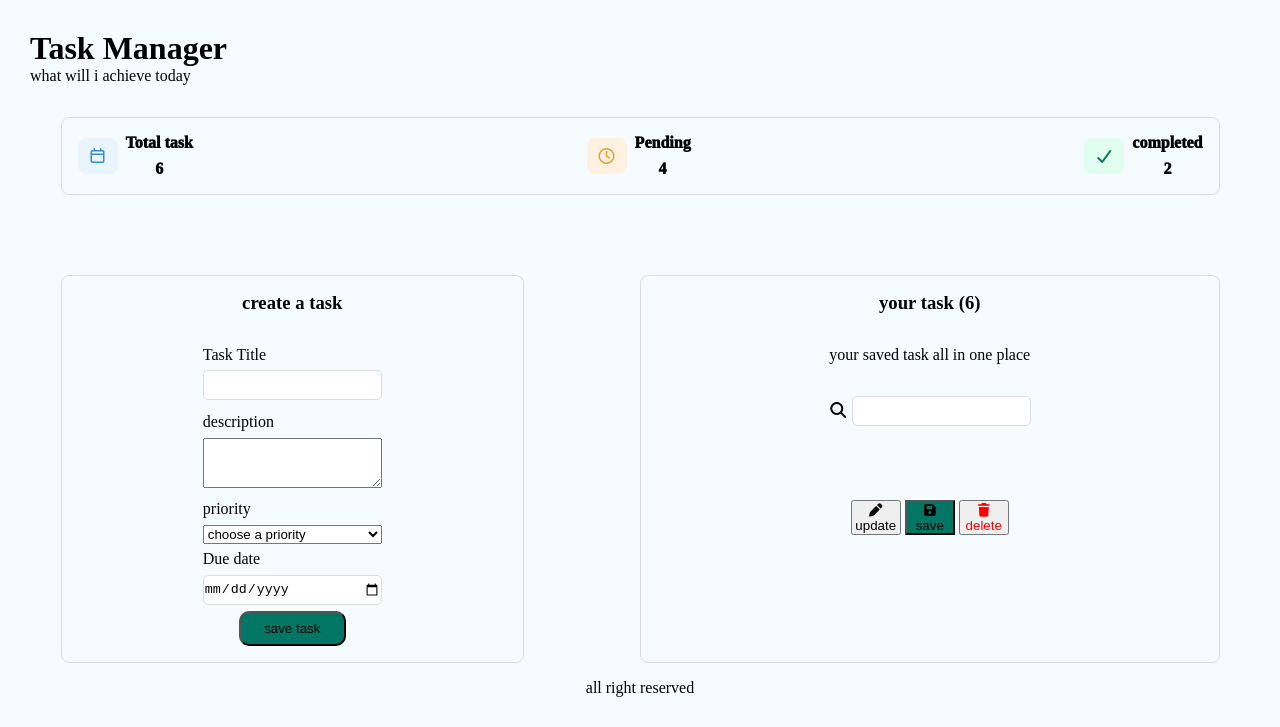
Repository: XDENTERTAINMENT/task-manager-groupwork
Page: index.html
An editor plug-in stored every save of this project. The page is shown before and after the next save, followed by the edit.
The browser window is 1280 px wide. The pictures show the whole page.

Above is the page before, as saved 2026-10-30 21:21:26.

### index.html
<!doctype html>
<html lang="en">
  <head>
    <meta charset="UTF-8" />
    <meta name="viewport" content="width=device-width, initial-scale=1.0" />
    <title>Personal-Task-Manager</title>
    <link
      rel="stylesheet"
      href="https://cdnjs.cloudflare.com/ajax/libs/font-awesome/7.3.1/css/all.min.css"
      integrity="sha512-QeR2VH+lsBE5LSAe1Q5EnTBbe7XTBubt8dG93Y7gidSgdMCr8nVqKcfKAMyN96SV8KDbZVTDXChatu5G2KQGzg=="
      crossorigin="anonymous"
      referrerpolicy="no-referrer"
    />
    <link rel="stylesheet" href="style.css" />
  </head>
 <body>
    <header>
      <h1>Task Manager</h1>
      <p>what will i achieve today</p>
    </header>
    <!-- the main -->
    <main>
      <section class="section1">
        <div>
          <div class="icon1"><i class="fa-regular fa-calendar"></i></div>
          <div class="section-1-child">
            <p>Total task</p>
            <p id="total-task">6</p>
          </div>
        </div>

        <div>
          <div class="icon2"><i class="fa-regular fa-clock"></i></div>
          <div class="section-1-child">
            <p>Pending</p>
            <p id="pending-task">4</p>
          </div>
        </div>

        <div>
          <div class="icon3"><i class="fa-solid fa-check"></i></div>
          <div class="section-1-child">
            <p>completed</p>
            <p id="completed-task">2</p>
          </div>
        </div>
      </section>

      <!-- section 2 -->
      <section class="section2">
        <!-- the create task section -->
        <div class="create-tax">
          <h3>create a task</h3>

          <form id="taskform">
            <label for="tasktitle">
              Task Title
            </label>
            <input type="text" id="taskTitle" />
            <p  class="errormsg" id="titleError"></p>

            <label for="taskdesc">
              description
            </label>
            <textarea class="textarea" id="taskDesc"></textarea>
            <p  class="errormsg"  id="descError"></p>

            <label for="priority">
              priority
            </label>
            <select id="choose">
                <option value="">choose a priority</option>
                <option value="High">High</option>
                <option value="Medium">Medium</option>
                <option value="low">low</option>
              </select>

            <label for="date">
              Due date
            </label>
            <input id="dateId" type="date"/>

            <button    type="submit"   class="form-button" >save task</button>
          </form>
        </div>

        <!-- task mapping -->

        <div class="task-mapping">
          <h3>your task (6)</h3>
          <p>your saved task all in one place</p>
          <div>
            <i class="fa-solid fa-magnifying-glass"></i>
            <input type="search" />
          </div>

          <!-- the card -->
          <div class="card">
            <!-- <input type="checkbox" /> -->
            <div id="container"  class="containers"></div>

          </div>
          <!-- the inline editing -->
          <div class="inline-button">
            <button>
              <div><i class="fa-solid fa-pen"></i></div>
              update
            </button>
            <button class="save">
              <div><i class="fa-solid fa-floppy-disk"></i></div>
              save
            </button>
            <button class="delete">
              <div class="trash"><i class="fa-solid fa-trash"></i></div>
              delete
            </button>
          </div>
        </div>
      </section>
    </main>

    <!-- the footer -->
    <footer>all right reserved</footer>

    <script src="script.js"></script>
  </body>
</html>

### style.css
* {
  margin: 0;
  padding: 0;
  box-sizing: border-box;
}

body {
  background-color: #f6fbfe;
  padding: 30px;
}

section {
  width: 95%;
}

main {
  display: flex;
  flex-direction: column;
  align-items: center;
}

.section1 {
  display: flex;
  flex-direction: row;
  justify-content: space-between;
  margin-top: 2rem;
   border: 1px solid gainsboro;
  padding: 1rem;
  border-radius: 8px;
}

.section2 {
  display: flex;
  justify-content: space-between;
  margin-top: 5rem;
}
/* .section2 div{
 background-color:#fdfdfd;
} */

input {
  border-radius: 5px;
  height: 30px;
   border: 1px solid gainsboro;
}

.textarea{
    height: 50px;
   overflow-y: auto;
  white-space: pre-wrap;
}
form {
  display: grid;
  gap: 0.4rem;
}

.form-button {
  display: flex;
  flex-direction: column;
  background-color: #017664;
  border-radius: 10px;
  width: 60%;
  justify-content: center;
  height: 35px;
  align-items: center;
  justify-self: center;
}

.save {
  background-color: #017664;
}

.inline-button {
  padding: 10px;
}
.inline-button button {
  height: 35px;
  width: 50px;
}


.task-container {
  display: grid;
}

.task-mapping {
  align-items: center;
  display: flex;
  flex-direction: column;
  gap: 2rem;
  border: 1px solid gainsboro;
  padding: 1rem;
  border-radius: 8px;
  width: 50%;
}

.create-tax {
  align-items: center;
  display: flex;
  flex-direction: column;
  gap: 2rem;
  border: 1px solid gainsboro;
  padding: 1rem;
  border-radius: 8px;
  width: 40%;
}

.section1 div {
  display: flex;
  gap: 0.5rem;
  border-radius: 8px;
  font-weight: 1000;
  align-items: center;
}



.section-1-child {
  display: flex;
  flex-direction: column;
}

.icon1 {
  background-color: #e8f5fc;
  color: #358cda;
  padding: 10px;
}

.icon2 {
  background-color: #fef1e1;
  color: #e19f2e;
  padding: 10px;
}
.icon3 {
  background-color: #dffeef;
  color: #13775b;
  padding: 10px;
}

.trash{
    color:red;
}
.delete{
    color:red;
}

.containers{
 display: grid;
 grid-template-columns: repeat(2,1fr);
 gap:10px;
  width: 20%;

}

.taskmapping{

  display: grid;
 grid-template-columns: repeat(2,1fr);
 gap:1px;
 border: 1px solid gainsboro;
 padding: 10px;
 text-align: center;


}

/* task card data */

.title{

  border: 1px solid gainsboro;
}
.description{
 border: 1px solid gainsboro;
}
.priority{
border: 1px solid gainsboro;
}
.date{
border: 1px solid gainsboro;
}


footer {
  margin-top: 1rem;
  text-align: center;
}


.errormsg{
  color:red;
}

/* mobile styling */

@media (max-width: 600px) {
   header{
      text-align: center;
   }
  .section1 div {
  display: flex;
  flex-direction:column ;
}

  .section2 {
    display: flex;
    flex-direction: column;
  }

  .create-tax {
    width: 100%;
    align-items: center;
  }

  .task-mapping {
    margin-top: 20px;
    width: 100%;
    align-items: center;
  }



}

### script.js
const taskForm = document.getElementById("taskform");
const taskTitleInput = document.getElementById("taskTitle");
const taskDescInput = document.getElementById("taskDesc");
const titleError = document.getElementById("titleError");
const descError = document.getElementById("descError");
const choose = document.getElementById("choose");
const  date  = document.getElementById("dateId");
const container = document.getElementById("container");

const handleSubmit = (e) => {
  e.preventDefault();

  const task = {
    titles: taskTitleInput.value.trim(),
    description: taskDescInput.value.trim(),
    level: choose.value,
    time:date.value,
  };

  console.log(task);

  const { titles, description } = task;

  titleError.textContent = "";
    descError.textContent = "";

  if (titles === "") {
    titleError.textContent = "input can not be empty";
  } else if (titles.length < 5) {
    titleError.textContent = "characters should not be less than 5";
  } else if (description === "") {
    descError.textContent = " input can not be empty";
  } else if (description.length < 10) {
    descError.textContent = "characters should not be less than 10";
  } else {
    saveTask(task);
  renderTask();
  }

    /*taskForm.reset()*/

};

function saveTask(task) {
  const tasks = JSON.parse(localStorage.getItem("Mytask")) || [];
  tasks.push(task);
  localStorage.setItem("Mytask", JSON.stringify(tasks));
}

function getTask() {
  return JSON.parse(localStorage.getItem("Mytask")) || [];
}

function clearData(){
  localStorage.clear(task);
}

function renderTask() {
  const render = getTask();

  const validTasks = render.filter(data => data !== null);

  container.innerHTML = validTasks.map(data => `<div class="taskmapping">
   <div>
   <p>Title</p>
    <h3 class=title>${data.titles}</h3>
    </div>
   <div>
   <p>Description</p>
    <p class="description">${data.description}</p>
   </div>
   <div>
   <p>Priority</p>
    <p  class="priority">${data.level}</p>
   </div>
   <div>
   <p>Due date</p>
    <p  class="date">${data.time}</p>
   </div>




  </div>`).join("");
  return validTasks;
}


console.log(renderTask)
taskForm.addEventListener("submit", handleSubmit);

After the next save:
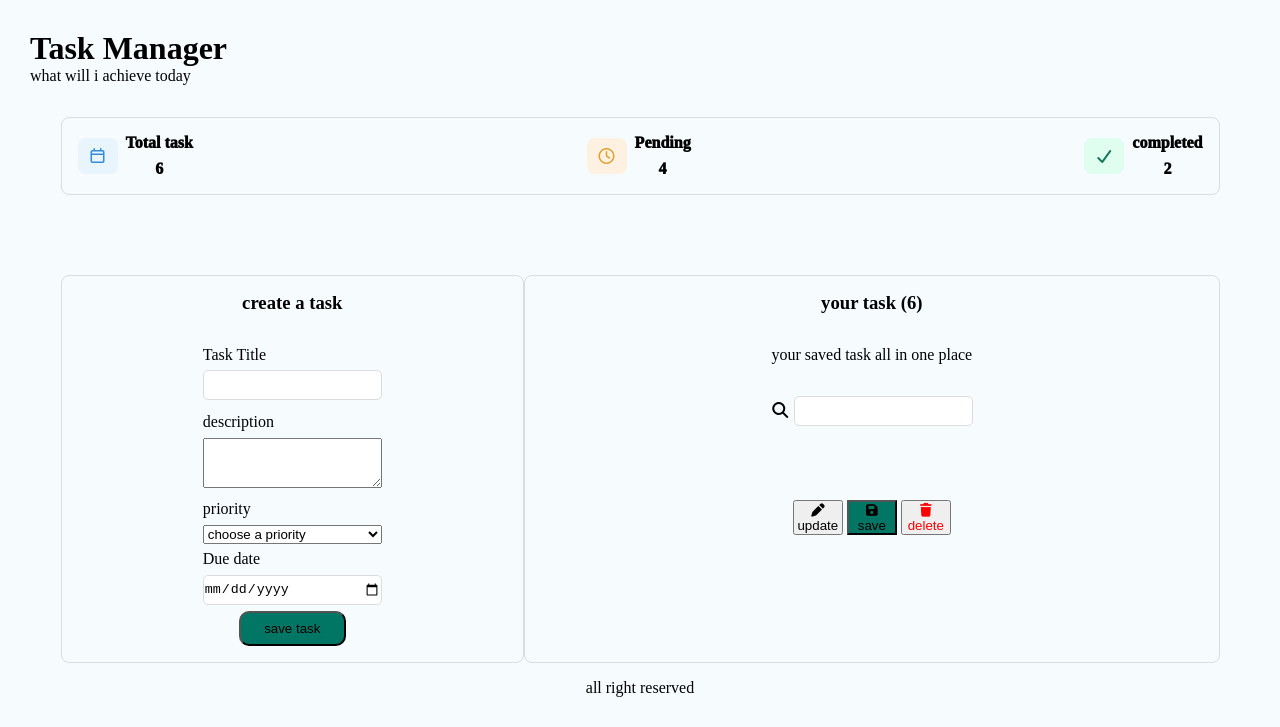
Saved 41 s later.
--- a/style.css
+++ b/style.css
@@ -91,7 +91,7 @@ form {
   border: 1px solid gainsboro;
   padding: 1rem;
   border-radius: 8px;
-  width: 50%;
+  width: 60%;
 }
 
 .create-tax {
